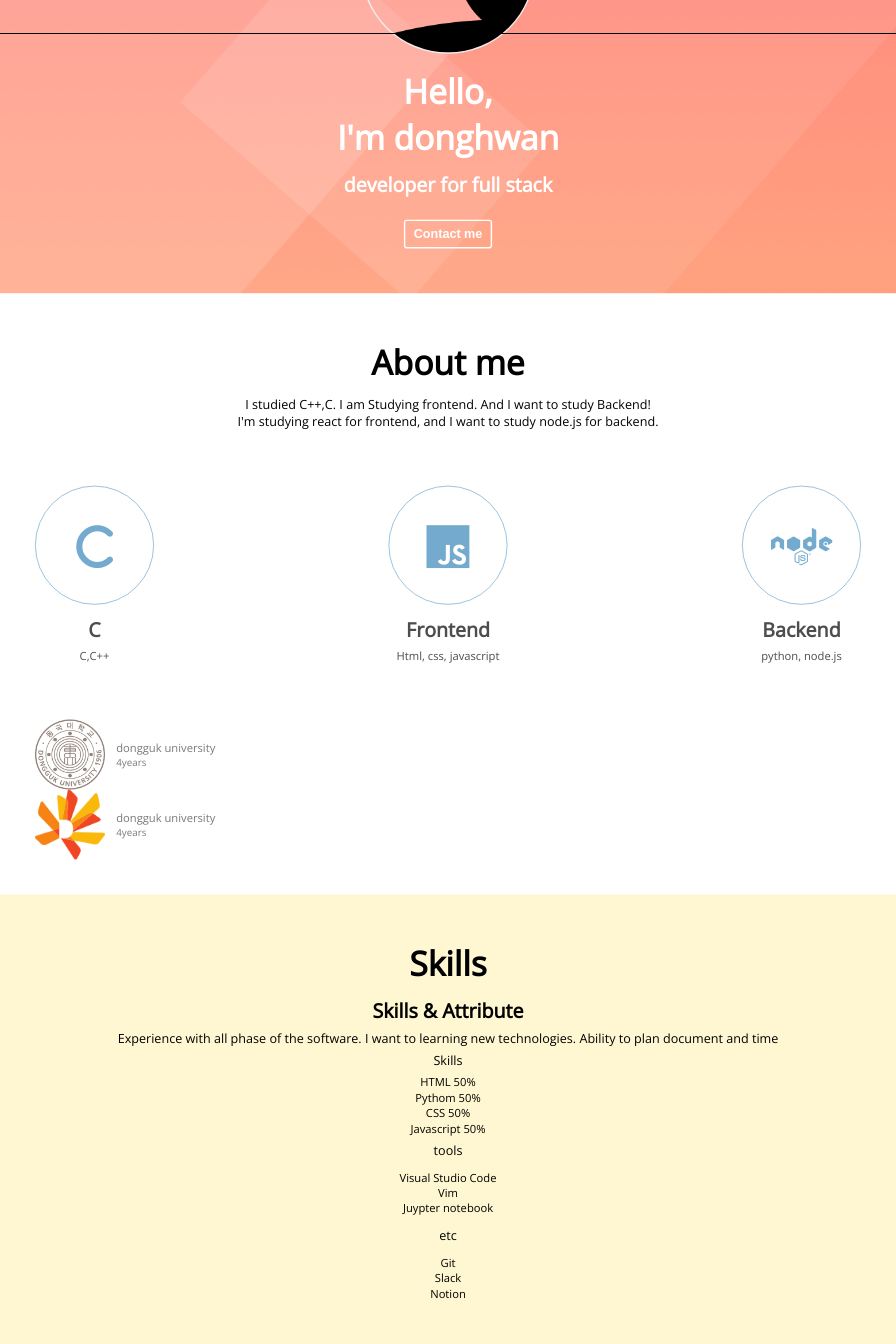
Repository: DongjaJ/portfolio
Page: index.html
The author's editor kept a copy of each file at every save. The page is drawn from the files as they stood at one save, then again after the next save.
The browser window is 1280 px wide. The pictures show the part of the page from y = 317 to 2237 px (the page is 4717 px tall), at 70% of full size.
Some web libraries are served in a nearby version.

Above is the page before, as saved 2022-05-23 15:17:58.

### index.html
<!DOCTYPE html>
<html lang="en">
<head>
	<meta charset="UTF-8">
	<meta http-equiv="X-UA-Compatible" content="IE=edge">
	<meta name="viewport" content="width=device-width, initial-scale=1.0">
	<title>Dongja's Portfolio</title>
	<meta name ="description" content= "Portfolio for Dongja">
	<meta name ="author" content= "Dongja">
	<link rel="icon" type ="image/png" href="imgs/favicon.png"/>
	<script
		src="https://kit.fontawesome.com/4d499a68c2.js"
		crossorigin="anonymous"
	></script>
	<link rel="preconnect" href="https://fonts.googleapis.com">
	<link rel="preconnect" href="https://fonts.gstatic.com" crossorigin>
	<link href="https://fonts.googleapis.com/css2?family=Open+Sans:ital,wght@0,400;1,600;1,700&display=swap" rel="stylesheet">
	<link rel = "stylesheet" href="style.css"/>
	<script src ="main.js" defer></script>
</head>
<body>
	<!-- Navbar -->
	<nav id="navbar">
		<div class="navbar__logo">
			<i class="fa-solid fa-ice-cream"></i>
			<a href="#">Dongja</a>
		</div>
		<ul class="navbar__menu">
			<li class="navbar__menu__item active">Home</li>
			<li class="navbar__menu__item">About</li>
			<li class="navbar__menu__item">Skills</li>
			<li class="navbar__menu__item">Work</li>
			<li class="navbar__menu__item">Testimonials</li>
			<li class="navbar__menu__item">Contact</li>
		</ul>
	</nav>
	<!-- Home -->
	<section id="home">
		<img src="imgs/dragon-solid.png"
			alt="dongja's profile photo"
			class="home__avatar"/>
		<h1 class="home__title">Hello, <br/>I'm donghwan</h1>
		<h2 class="home__description">developer for full stack</h2>
		<button class="home__contact">Contact me</button>
	</section>
	<!-- About -->
	<section id="about" class="section">
		<h1>About me</h1>
		<p>I studied C++,C. I am Studying frontend.
			And I want to study Backend!<br/>
			I'm studying react for frontend,
			and I want to study node.js for backend.
		</p>
		<div class="about__major">
			<div class="major">
				<div class="major__icon">
					<i class="fa-solid fa-c"></i>
				</div>
				<h2 class="major__title">C</h2>
				<div class="__major__description">C,C++</div>
			</div>
			<div class="major">
				<div class="major__icon">
					<i class="fa-brands fa-js"></i>
				</div>
				<h2 class="major__title">Frontend</h2>
				<div class="__major__description">Html, css, javascript</div>
			</div>
			<div class="major">
				<div class="major__icon">
					<i class="fa-brands fa-node"></i>
				</div>
				<h2 class="major__title">Backend</h2>
				<div class="__major__description">python, node.js</div>
			</div>
		</div>
		<div class="about__school" >
			<div class="school">
				<img src="/imgs/school.png" alt="logo-dongguk university" class="school__logo">
				<div class="school__description">
					<div class="school_name">dongguk university</div>
				<div class="school_period">4years</div>
				</div>
			</div>
		</div>
		<div class="about__school">
			<div class="school">
				<img src="/imgs/flower.png" alt="logo-dongguk university" class="school__logo">
				<div class="school__description">
					<div class="school_name">dongguk university</div>
				<div class="school_period">4years</div>
				</div>
			</div>
		</div>
	</section>
	<!-- Skills -->
	<section id="skills" class="section">
		<h1>Skills</h1>
		<h2>Skills & Attribute</h2>
		<p>
			Experience with all phase of the software. I want to learning
			new technologies. Ability to plan document and time
		</p>
		<div class="skillset">
			<div class="skillset_left">
				<h3 class="skillset_title">Skills</h3>
				<div class="skill">
					<div class="skill_description">
						<span>HTML</span>
						<span>50%</span>
					</div>
					<div class="skill_bar">
						<div class="skill_value"></div>
					</div>
				</div>
				<div class="skill">
					<div class="skill_description">
						<span>Pythom</span>
						<span>50%</span>
					</div>
					<div class="skill_bar">
						<div class="skill_value"></div>
					</div>
				</div>
				<div class="skill">
					<div class="skill_description">
						<span>CSS</span>
						<span>50%</span>
					</div>
					<div class="skill_bar">
						<div class="skill_value"></div>
					</div>
				</div>
				<div class="skill">
					<div class="skill_description">
						<span>Javascript</span>
						<span>50%</span>
					</div>
					<div class="skill_bar">
						<div class="skill_value"></div>
					</div>
				</div>
			</div>
			<div class="skillset_right">
				<div class="tools">
					<h3 class="skillset_title">tools</h3>
					<ul class="tools__list">
						<li><span>Visual Studio Code</span></li>
						<li><span>Vim</span></li>
						<li><span>Juypter notebook</span></li>
					</ul>
				</div>
				<div class="etc">
					<h3 class="skillset_title">etc</h3>
					<ul class="ec__list">
						<li><span>Git</span></li>
						<li><span>Slack</span></li>
						<li><span>Notion</span></li>
					</ul>
				</div>
			</div>
		</div>
	</section>
	<!-- Work -->
	<section id="work" class="section">
		<h1>My work</h1>
		<h3>Projects</h3>
		<div class="work__categories">
			<button class="category__btn">All<span class="category__count">4</span></button>
			<button class="category__btn">school<span class="category__count">2</span></button>
			<button class="category__btn">etc<span class="category__count">2</span></button>
		</div>
		<div class="work__projects">
			<a
			href="https://github.com/DongjaJ"
			class="project"
			target="blank"
			>
			<img src="imgs/navbar-200518-191508.webp" alt="" class="project__img">
			<div class="project__description">
				<h3>Sample site</h3>
				<span>Clone coding with portfolio</span>
			</div>
		</a>
		<a
		href="https://github.com/DongjaJ"
		class="project"
		target="blank"
		>
		<img src="imgs/navbar-200518-191508.webp" alt="" class="project__img">
		<div class="project__description">
			<h3>Sample site</h3>
			<span>Clone coding with portfolio</span>
		</div>
		</a>
		<a
	href="https://github.com/DongjaJ"
	class="project"
	target="blank"
	>
	<img src="imgs/navbar-200518-191508.webp" alt="" class="project__img">
	<div class="project__description">
		<h3>Sample site</h3>
		<span>Clone coding with portfolio</span>
	</div>
		</a>
		<a
href="https://github.com/DongjaJ"
class="project"
target="blank"
>
<img src="imgs/navbar-200518-191508.webp" alt="" class="project__img">
<div class="project__description">
	<h3>Sample site</h3>
	<span>Clone coding with portfolio</span>
</div>
		</a>
		</div>
	</section>

	<!-- Testimonials -->
	<section id="testimonials" class="section">
	<h1>Testimonials</h1>
	<h3>See what they say about me</h3>
	<div class="testimonials">
		<div class="testimonial">
			<img
			src="imgs/people1-200515-154332.webp"
			alt="People"
			class="testimonial__avatar"
			>
			<div class="testimonial__speech-bubble">
				<p>Lorem ipsum dolor sit amet consectetur adipisicing elit. Impedit eum aspernatur, dolore animi dolor ipsam laudantium ab labore magnam distinctio doloribus possimus quis ea ipsa? Molestias corrupti quam deleniti perferendis!</p>
				<p class="name"><a href="">Dongja</a>/DGU</p>
			</div>
		</div>
		<div class="testimonial">
			<img
			src="imgs/people1-200515-154332.webp"
			alt="People"
			class="testimonial__avatar"
			>
			<div class="testimonial__speech-bubble">
				<p>Lorem ipsum dolor sit amet consectetur adipisicing elit. Impedit eum aspernatur, dolore animi dolor ipsam laudantium ab labore magnam distinctio doloribus possimus quis ea ipsa? Molestias corrupti quam deleniti perferendis!</p>
				<p class="name"><a href="">Dongja</a>/DGU</p>
			</div>
		</div>
	</div>
</section>
	<!-- Contact -->
	<section id="contact" class="section">
		<h1 class="contact__title">Let's talk</h1>
		<h2 class="class__email">jdh981118@naver.com</h2>
		<div class="contact__links">
			<a href="https://github.com/DongjaJ">
				<i class="fa-brands fa-github"></i>
			</a>
			<p class="contact__rights">
				2022 Dongja - All rights reserved
			</p>
		</div>
	</section>
</body>
</html>

### style.css
/* Global */
:root{
	/* Color */
	--color-white: #ffffff;
	--color-light-white: #eeeeee;
	--color-dark-white: #bdbdbd;
	--color-pink: #fe918d;
	--color-dark-pink: #ff6863;
	--color-dark-grey: #4d4d4d;
	--color-grey: #616161;
	--color-light-grey: #7c7979;
	--color-blue: #73aace;
	--color-yellow: #fff7d1;
	--color-orange: #feb546;
	--color-black: #000000;
	/* Font size */
	--font-large: 48px;
	--font-medium: 28px;
	--font-regular: 18px;
	--font-small: 16px;
	--font-micro: 14px;
	/* Font weight */
	--weight-bold: 700;
	--weight-semi-bold:600;
	--weight-regular:400;

	/* Size */
	--size-border-radius: 4px;

	/* Animation */
	--animation-delay: 300ms;
}

/* Universal tags */
*{
	box-sizing: border-box;
}

body {
	margin: 0;
	font-family: 'Open Sans', sans-serif;
	cursor: default;
}

a{
	text-decoration: none;
	color: var(--color-white);
}

ul{
	padding-left: 0;
}

li{
	list-style: none;
}

button{
	background: transparent;
	cursor: pointer;
	border: none;
	outline: none;
}

/* Typography */
h1 {
	font-size: var(--font-large);
	font-weight: var(--weight-bold);
	color: var(--color-black);
	margin: 16px 0px;
}

h2{
	font-size: var(--font-medium);
	font-weight: var(--weight-semi-bold);
	color: var(--color-black);
	margin: 8px 0px;
}

h3{
	font-size: var(--font-regular);
	font-weight: var(--weight-regular);
	color: var(--color-black);
	margin: 8px 0;
}

p{
	font-size: var(--font-regular);
	font-weight: var(--font-regular);
	color: var(--color-black);
	margin: 4px 0;
}

/* navbar */
#navbar{
	display: flex;
	justify-content: space-between;
	background-color: var(--color-pink);
	align-items: center;
	color: var(--color-white);
	padding: 16px;
}

.navbar__logo{
	font-size: var(--font-medium);
	font-weight: var(--weight-semi-bold);
}

.navbar__menu{
	display: flex;
}

.navbar__menu__item{
	padding: 8px 12px;
	margin: 0 4px ;
	cursor: pointer;
	border-radius: var(--size-border-radius);
}
.navbar__menu__item.active{
	border: 1px solid var(--color-white);
}

.navbar__menu__item:hover{
	background-color: var(--color-dark-pink);
}

/* Home */
#home{
	background: url("imgs/homebackground-200515-154505.webp") center/cover no-repeat;
	padding: 40px;
	text-align: center;
}

.home__avatar{
	width: 250px;
	height: 250px;
	border-radius: 50%;
	border: 2px solid var(--color-light-white);
}

.home__title,
.home__description{
	color: var(--color-white);
}

.home__contact{
	color: var(--color-white);
	font-size: var(--font-regular);
	font-weight: var(--weight-bold);
	margin: 24px;
	padding: 8px 12px;
	border: 2px solid var(--color-white);
	border-radius: var(--size-border-radius);
}

/* section common */
.section{
	padding: 50px;
	text-align: center;
	margin: auto;
}

.section__container{
	max-width: 1200px;
}

/* about */
.about__major{
	display: flex;
	justify-content: space-between;
	margin: 80px 0;
}

.major__icon{
	width: 170px;
	height: 170px;
	font-size: 70px;
	line-height: 170px;
	margin: auto;
	border: 1px solid var(--color-blue);
	border-radius: 50%;
	margin-bottom: 16px;
	color: var(--color-blue);
}

.major__icon i:hover{
	color: var(--color-pink);
	transform: rotate(-30deg) scale(1.1);
}

.major__icon i{
	transition: all var(--animation-delay) ease;
}

.major__title, .__major__description{
	color: var(--color-dark-grey);
}

.__major__description{
	font-size: var(--font-small);
}

.school{
	display: flex;
	align-items: center;
}

.school__description{
	margin: 0 16px;
	text-align: left;
}

.school_name, .school_period{
	color: var(--color-light-grey);
}

.school_name{
font-size: var(--font-small);
}

.school_period{
font-size: var(--font-micro);
}

.school__logo{
	width: 100px;
	height: 100px;
}

#skills{
	background-color: var(--color-yellow);
}

Loaded but not shown: main.js (no stored copy; drawn as an empty file)

After the next save:
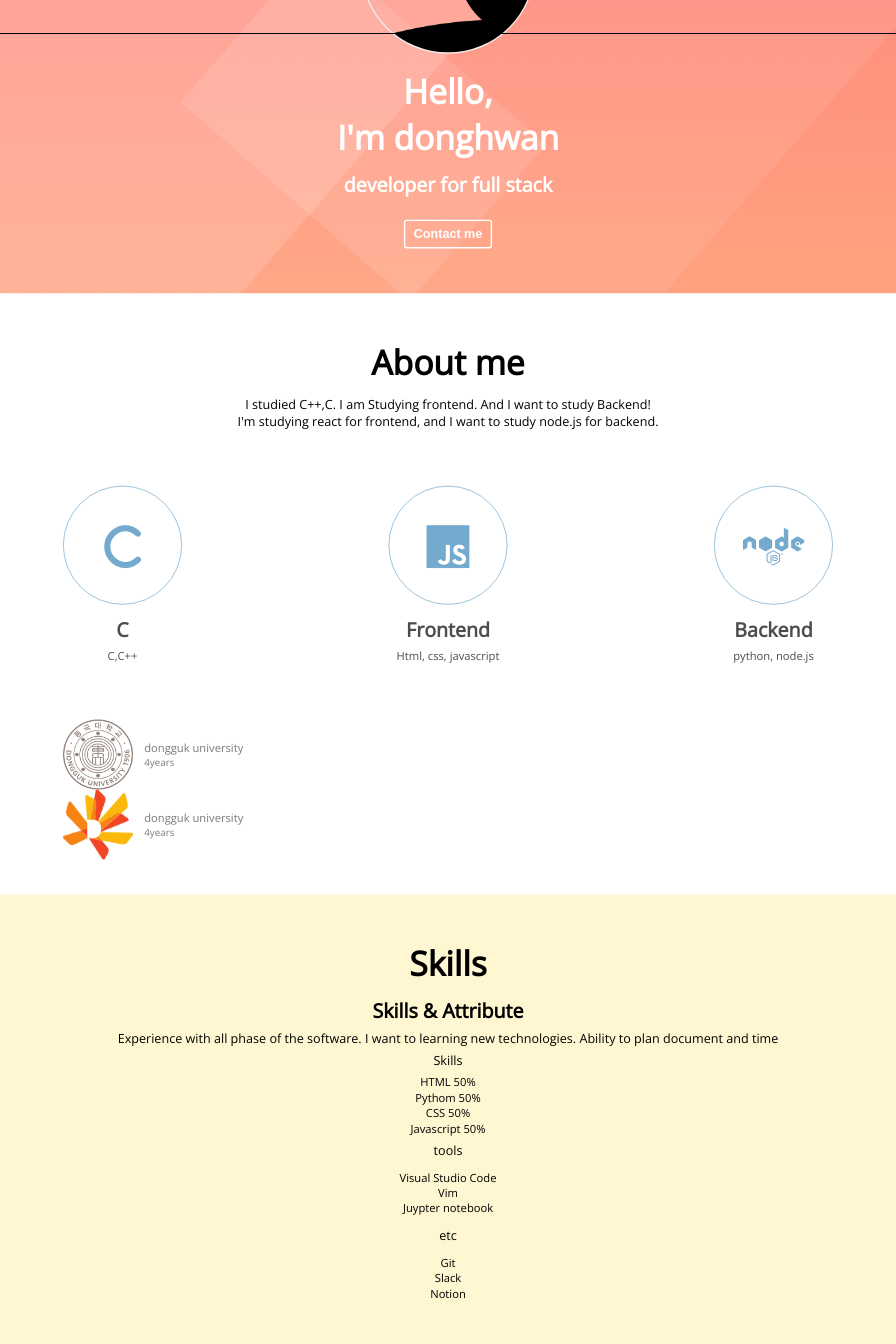
Saved 43 s later.
--- a/index.html
+++ b/index.html
@@ -44,7 +44,7 @@
 		<button class="home__contact">Contact me</button>
 	</section>
 	<!-- About -->
-	<section id="about" class="section">
+	<section id="about" class="section section__container">
 		<h1>About me</h1>
 		<p>I studied C++,C. I am Studying frontend.
 			And I want to study Backend!<br/>
